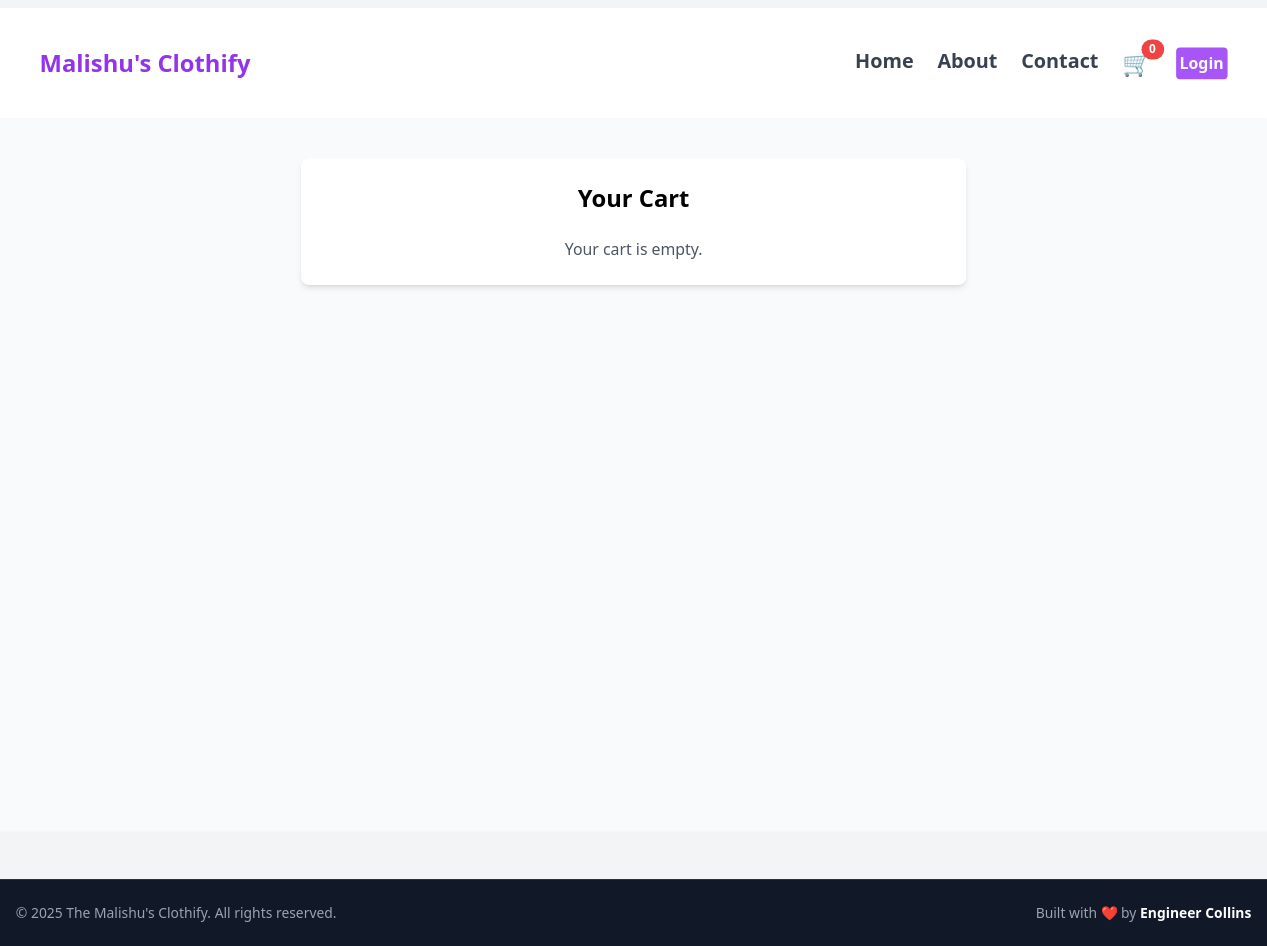
Repository: Engineer-collo/Modern-Ecommerce-Application
Page: /cart
The author's editor kept a copy of each file at every save. The page is drawn from the files as they stood at one save, then again after a run of saves.
The browser window is 1280 px wide. The pictures show the whole page, at 99% of full size.
The project was rebuilt for these pictures with package versions that can differ from the ones it lists, and the page was loaded fresh each time. Also part of the build but not shown: vite.config.js, src/components/SignupForm.jsx, src/components/LoginForm.jsx, src/components/ProductCard.jsx, src/components/OfferCountdown.jsx, src/components/VideoSlider.jsx, src/components/ProductFeed.jsx, src/components/Contact.jsx and 2 more.

Above is the page before, as saved 2025-05-26 15:16:58.

### index.html
<!DOCTYPE html>
<html lang="en">
<head>
  <meta charset="UTF-8">
  <meta name="viewport" content="width=device-width, initial-scale=1.0">
  <title>Ecommerce</title>
</head>
<body class="bg-gray-100">
  <div id="root"></div>
  <script type="module" src="/src/main.jsx"></script>
</body>
</html>

### src/main.jsx
import React from 'react'
import ReactDOM from 'react-dom/client'
import './index.css'
import App from './App'

ReactDOM.createRoot(document.getElementById('root')).render(
  <React.StrictMode>
    <App />
  </React.StrictMode>,
)

### src/App.jsx
import { BrowserRouter as Router, Routes, Route } from 'react-router-dom';
import { useEffect, useState } from 'react';
import Footer from './components/Footer';
import Navbar from './components/Navbar';
import SignupForm from './components/SignupForm';
import LoginForm from './components/LoginForm';
import ProductFeed from './components/ProductFeed';
import Contact from './components/Contact';
import About from './components/About';
import Cart from './components/Cart';
import ProductDetailsView from './components/ProductDetailsView';

import {
  showSuccessToast,
  ToastContainerWrapper,
} from './components/Toast';

function App() {
  const [cart, setCart] = useState([]);
  const [cartLoaded, setCartLoaded] = useState(false);

  // Load cart from localStorage
  useEffect(() => {
    const storedCart = localStorage.getItem("cart");
    if (storedCart) {
      try {
        setCart(JSON.parse(storedCart));
      } catch (error) {
        console.error("Failed to parse cart from localStorage:", error);
      }
    }
    setCartLoaded(true);
  }, []);

  // Save cart to localStorage when updated
  useEffect(() => {
    if (cartLoaded) {
      localStorage.setItem("cart", JSON.stringify(cart));
    }
  }, [cart, cartLoaded]);

  const addToCart = (product) => {
    setCart(prevCart => {
      const existing = prevCart.find(item => item.id === product.id);
      if (existing) {
        return prevCart.map(item =>
          item.id === product.id
            ? { ...item, quantity: item.quantity + 1 }
            : item
        );
      } else {
        return [...prevCart, { ...product, quantity: 1 }];
      }
    });
    showSuccessToast("Added to cart!");
  };

  const removeFromCart = (product) => {
    setCart(prevCart =>
      prevCart
        .map(item =>
          item.id === product.id
            ? { ...item, quantity: item.quantity - 1 }
            : item
        )
        .filter(item => item.quantity > 0)
    );
    showSuccessToast("Removed from cart!");
  };

  return (
    <Router>
      <Navbar cart={cart} />
      <Routes>
        <Route
          path="/"
          element={
            <ProductFeed
              showSuccessToast={showSuccessToast}
              cart={cart}
            />
          }
        />
        <Route
          path="/cart"
          element={
            <Cart
              cart={cart}
              removeFromCart={removeFromCart}
            />
          }
        />
        <Route path="/product/:id" element={<ProductDetailsView
         addToCart={addToCart}
        />} />
        <Route path="/login" element={<LoginForm />} />
        <Route path="/signup" element={<SignupForm />} />
        <Route path="/about" element={<About />} />
        <Route path="/contact" element={<Contact showSuccessToast={showSuccessToast} />} />
      </Routes>
      <ToastContainerWrapper />
      <Footer />
    </Router>
  );
}

export default App;

### src/components/Footer.jsx
const Footer = () => {
    return(
        <>
        <footer className="bg-gray-900 text-white py-6 mt-12">
  <div className="max-w-7xl mx-auto px-4 flex flex-col md:flex-row justify-between items-center space-y-4 md:space-y-0">
    <p className="text-sm text-gray-400">
      &copy; {new Date().getFullYear()} The Malishu's Clothify.  All rights reserved.
    </p>
    <p className="text-sm text-gray-400">
      Built with ❤️ by <span className="text-white font-semibold">Engineer Collins</span>
    </p>


  </div>
</footer>

        </>
    )
}

export default Footer

### src/components/Navbar.jsx
import React, { useState } from "react";
import { Link } from "react-router-dom";

const Navbar = ({ cart = [] }) => {
  const [isOpen, setIsOpen] = useState(false);

  const toggleMenu = () => setIsOpen(!isOpen);

  return (
    <header className="mt-2 bg-white shadow-md">
      <div className="max-w-7xl mx-auto px-10 py-10 flex flex-col md:flex-row md:justify-between md:items-center">
        <div className="flex justify-between items-center">
          <h1 className="text-2xl font-bold text-gray-800">
            <Link
              to="/"
              className="hover:text-blue-500 text-gray-700 transition"
            >
              <span className="text-purple-600">Malishu's Clothify</span>
            </Link>
          </h1>

          <div className="md:hidden">
            <button
              onClick={toggleMenu}
              className="text-gray-700 focus:outline-none"
            >
              <svg
                className="h-6 w-6"
                fill="none"
                stroke="currentColor"
                strokeWidth="2"
                viewBox="0 0 24 24"
              >
                <path
                  strokeLinecap="round"
                  strokeLinejoin="round"
                  d={
                    isOpen
                      ? "M6 18L18 6M6 6l12 12"
                      : "M4 6h16M4 12h16M4 18h16"
                  }
                />
              </svg>
            </button>
          </div>
        </div>

        {/* Removed search input here */}

        {/* Desktop nav */}
        <nav className="space-x-6 hidden md:flex">
          <Link
            to="/"
            className="text-xl hover:text-blue-500 font-bold text-gray-700 transition"
          >
            Home
          </Link>
          <Link
            to="/about"
            className="text-xl hover:text-blue-500 font-bold text-gray-700 transition"
          >
            About
          </Link>
          <Link
            to="/contact"
            className="text-xl hover:text-blue-500 font-bold text-gray-700 transition"
          >
            Contact
          </Link>
          <Link to="/cart" className="relative text-2xl font-bold hover:text-white transition">
  🛒
  <span className="absolute -top-2 -right-3 bg-red-500 text-white text-xs font-bold px-2 py-0.5 rounded-full">
    {cart.length}
  </span>
</Link>
          <Link
            to="/login"
            className="rounded p-1 bg-purple-500 font-bold text-white transition"
          >
            Login
          </Link>
        </nav>
      </div>

{/* Mobile nav */}
{isOpen && (
  <nav className="md:hidden bg-purple-600 text-white px-4 py-6 shadow-lg">
    <div className="flex flex-col items-center space-y-6">
      <Link
        to="/"
        className="text-2xl font-bold hover:text-white hover:underline transition"
      >
        Home
      </Link>
      <Link
        to="/about"
        className="text-2xl font-bold hover:text-white hover:underline transition"
      >
        About
      </Link>
      <Link
        to="/contact"
        className="text-2xl font-bold hover:text-white hover:underline transition"
      >
        Contact
      </Link>
      <Link to="/cart" className="relative text-2xl font-bold hover:text-white transition">
  🛒
  <span className="absolute -top-2 -right-3 bg-red-500 text-white text-xs font-bold px-2 py-0.5 rounded-full">
    {cart.length}
  </span>
</Link>
      <Link
        to="/login"
        className="text-center text-2xl font-bold bg-white text-purple-600 px-6 py-3 rounded-lg shadow-md hover:bg-purple-100 transition"
      >
        Login
      </Link>
    </div>
  </nav>
)}

    </header>
  );
};

export default Navbar;

### src/components/Cart.jsx
import React from "react";
import { useNavigate } from "react-router-dom";

const Cart = ({ cart = [], removeFromCart }) => {
  const navigate = useNavigate()
  const handleNavigateHome = () => navigate('/')
  const total = cart.reduce(
    (sum, item) => sum + item.price * item.quantity,
    0
  );

  return (
    <div className="min-h-screen flex items-start justify-center bg-gray-50 py-10">
      <div className="w-full max-w-2xl bg-white p-6 rounded-lg shadow-md">
        <h2 className="text-2xl font-bold mb-6 text-center">Your Cart</h2>

        {cart.length === 0 ? (
          <p className="text-center text-gray-600">Your cart is empty.</p>
        ) : (
          <>
            <ul>
              {cart.map((item) => (
                <li
                  key={item.id}
                  className="flex justify-between items-center mb-4 border-b pb-4"
                >
                  <div className="flex items-center gap-4">
                    <img
                      src={item.image}
                      alt={item.title}
                      className="h-24 w-24 object-contain"
                    />
                    <div>
                      <p className="font-semibold">{item.title}</p>
                      <p className="text-sm text-gray-600">
                        ${item.price} × {item.quantity} = $
                        {(item.price * item.quantity).toFixed(2)}
                      </p>
                    </div>
                  </div>
                  <button
                    className="bg-red-500 text-white px-3 py-1 rounded hover:bg-red-600"
                    onClick={() => removeFromCart(item)}
                  >
                    −
                  </button>
                </li>
              ))}
            </ul>

            <div className="mt-6 text-2xl font-bold text-right">
              Total: ${total.toFixed(2)}
            </div>
          </>
        )}
      </div>
    </div>
  );
};

export default Cart;

### src/components/Toast.jsx
// src/components/Toast.js
import { toast, ToastContainer } from 'react-toastify';
import 'react-toastify/dist/ReactToastify.css';

// Toast functions
export const showSuccessToast = (message) =>
  toast.success(message, {
    className: 'bg-green-100 text-green-800 border border-green-300 rounded p-4',
    bodyClassName: 'text-sm',
    progressClassName: 'bg-green-500',
  });

export const showErrorToast = (message) =>
  toast.error(message, {
    className: 'bg-red-100 text-red-800 border border-red-300 rounded p-4',
    bodyClassName: 'text-sm',
    progressClassName: 'bg-red-500',
  });

export const showInfoToast = (message) =>
  toast.info(message, {
    className: 'bg-blue-100 text-blue-800 border border-blue-300 rounded p-4',
    bodyClassName: 'text-sm',
    progressClassName: 'bg-blue-500',
  });

export const showWarningToast = (message) =>
  toast.warn(message, {
    className: 'bg-yellow-100 text-yellow-800 border border-yellow-300 rounded p-4',
    bodyClassName: 'text-sm',
    progressClassName: 'bg-yellow-500',
  });

// Toast container
export const ToastContainerWrapper = () => (
  <ToastContainer position="top-center" autoClose={2000} />
);

Loaded but not shown: src/index.css (common file); tailwind.config.js (common file)

After the next 9 saves:
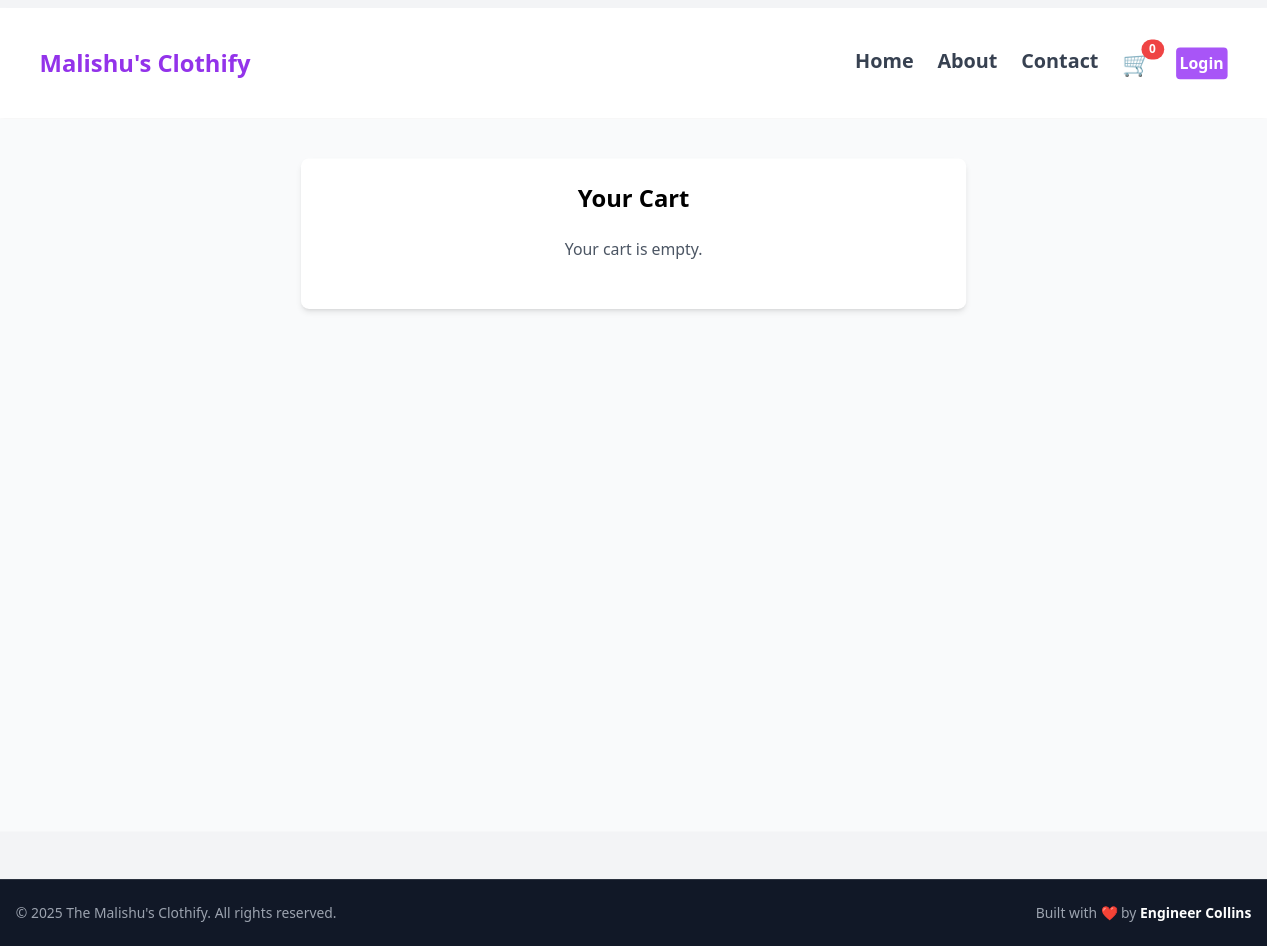
The 9 saves are shown as one change because 4 did not build or start and some came seconds apart.
The last was saved 46 s later.
--- a/src/components/Cart.jsx
+++ b/src/components/Cart.jsx
@@ -15,7 +15,10 @@ const Cart = ({ cart = [], removeFromCart }) => {
         <h2 className="text-2xl font-bold mb-6 text-center">Your Cart</h2>
 
         {cart.length === 0 ? (
+          <>
           <p className="text-center text-gray-600">Your cart is empty.</p>
+          <button></button>
+          </>
         ) : (
           <>
             <ul>
